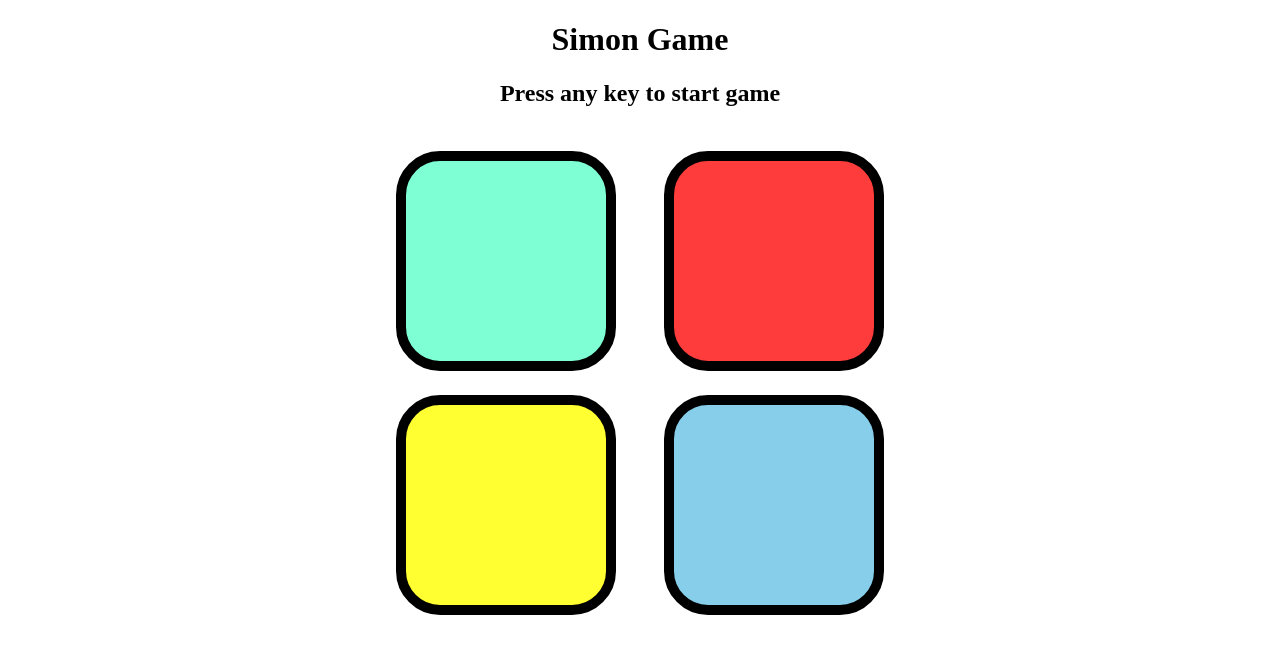
Repository: Ruchii02/javascript-mini-project
Page: index.html
These files come from the project's save history. The page is drawn as it stood at one moment and after the next save; the edit follows.
The browser window is 1280 px wide. The pictures show the whole page.

Above is the page before, as saved 2024-07-02 09:38:54.

After the next save:
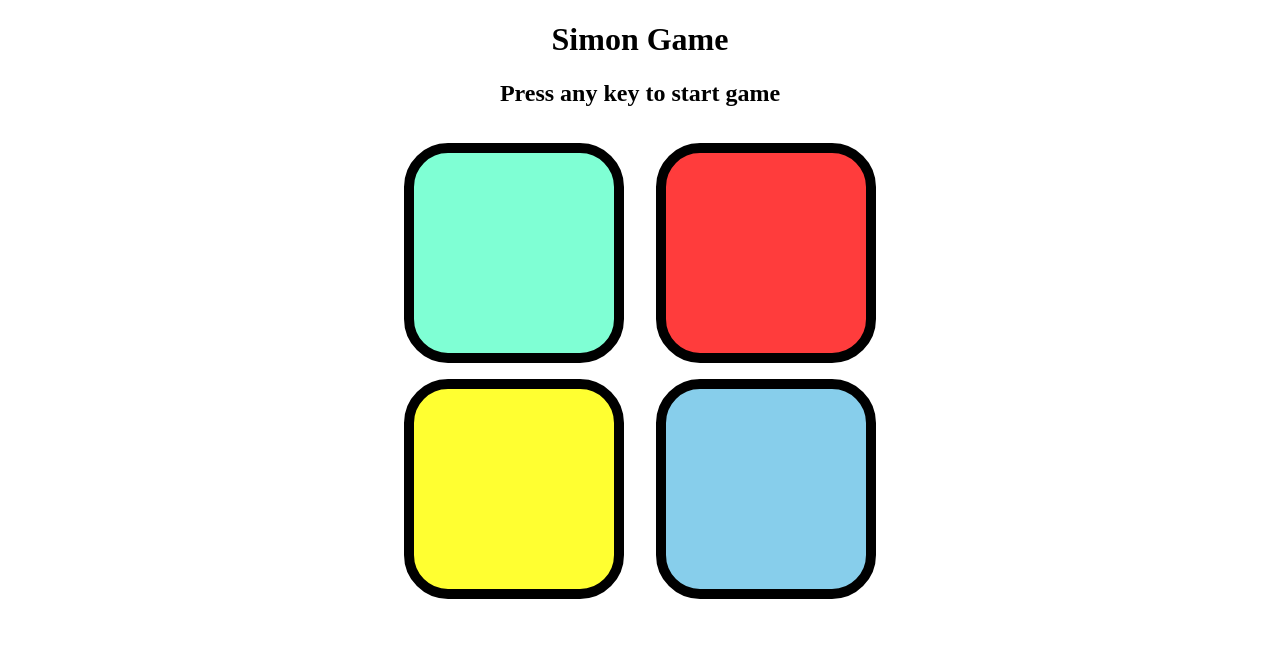
Saved 30 s later.
--- a/style.css
+++ b/style.css
@@ -6,7 +6,7 @@ body{
     width: 200px;
     border-radius: 20%;
     border: 10px solid black;
-    margin: 1.5rem;
+    margin: 1rem;
 
 }
 .btn-container{
